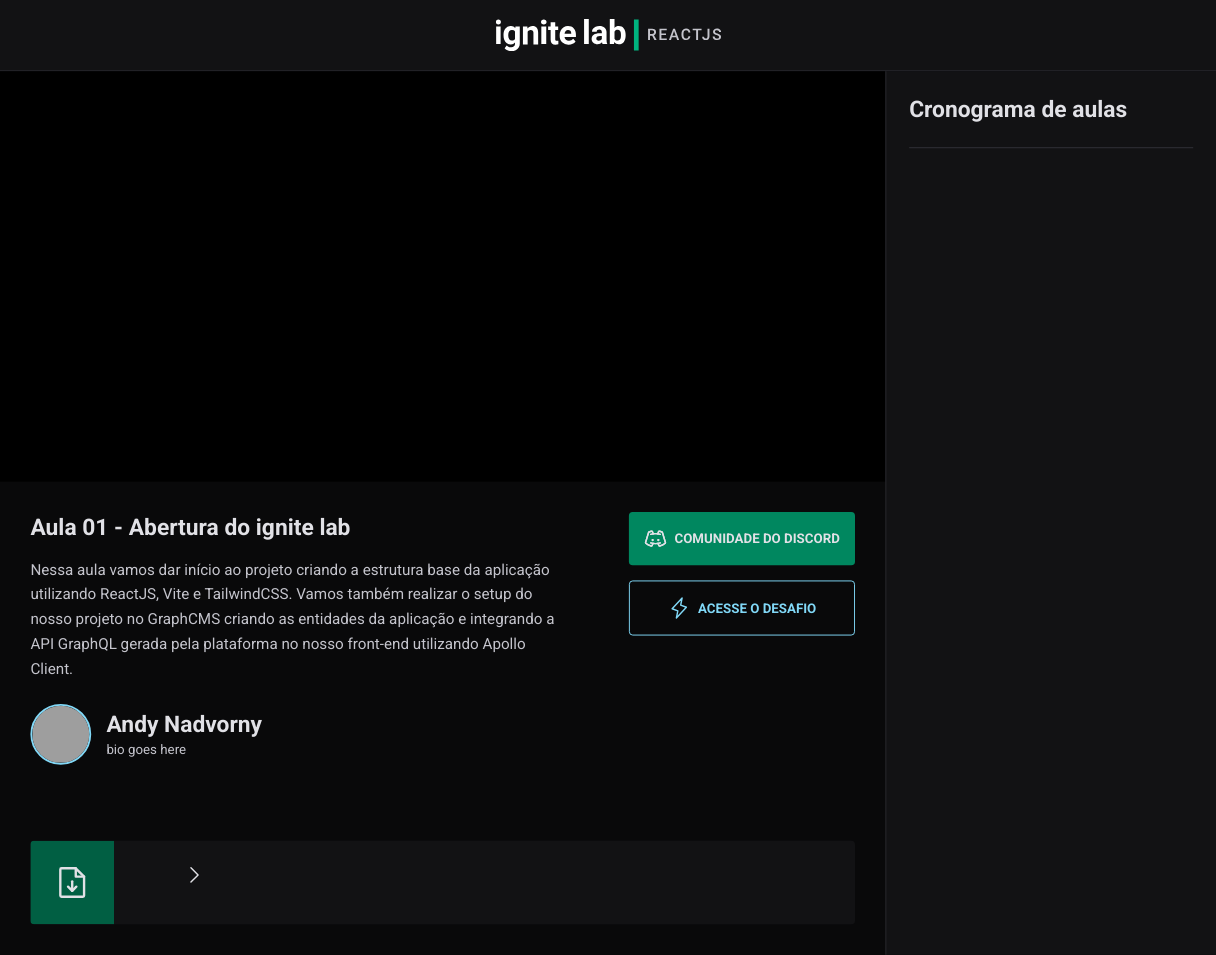
Repository: andynadvorny/event-platform
Page: /
These files come from the project's save history. The page is drawn as it stood at one moment and after the next save; the edit follows.
The browser window is 1280 px wide. The pictures show the whole page, at 95% of full size.
Pictures or frames that could not be fetched are drawn as grey boxes. The page's requests for data from a server got no answer. The project was rebuilt for these pictures with package versions that can differ from the ones it lists, and the page was loaded fresh each time. No one was signed in, and anything a server would have sent is missing. Also part of the build but not shown: vite.config.ts, src/components/Lesson.tsx.

Above is the page before, as saved 2022-06-24 14:28:05.

After the next save:
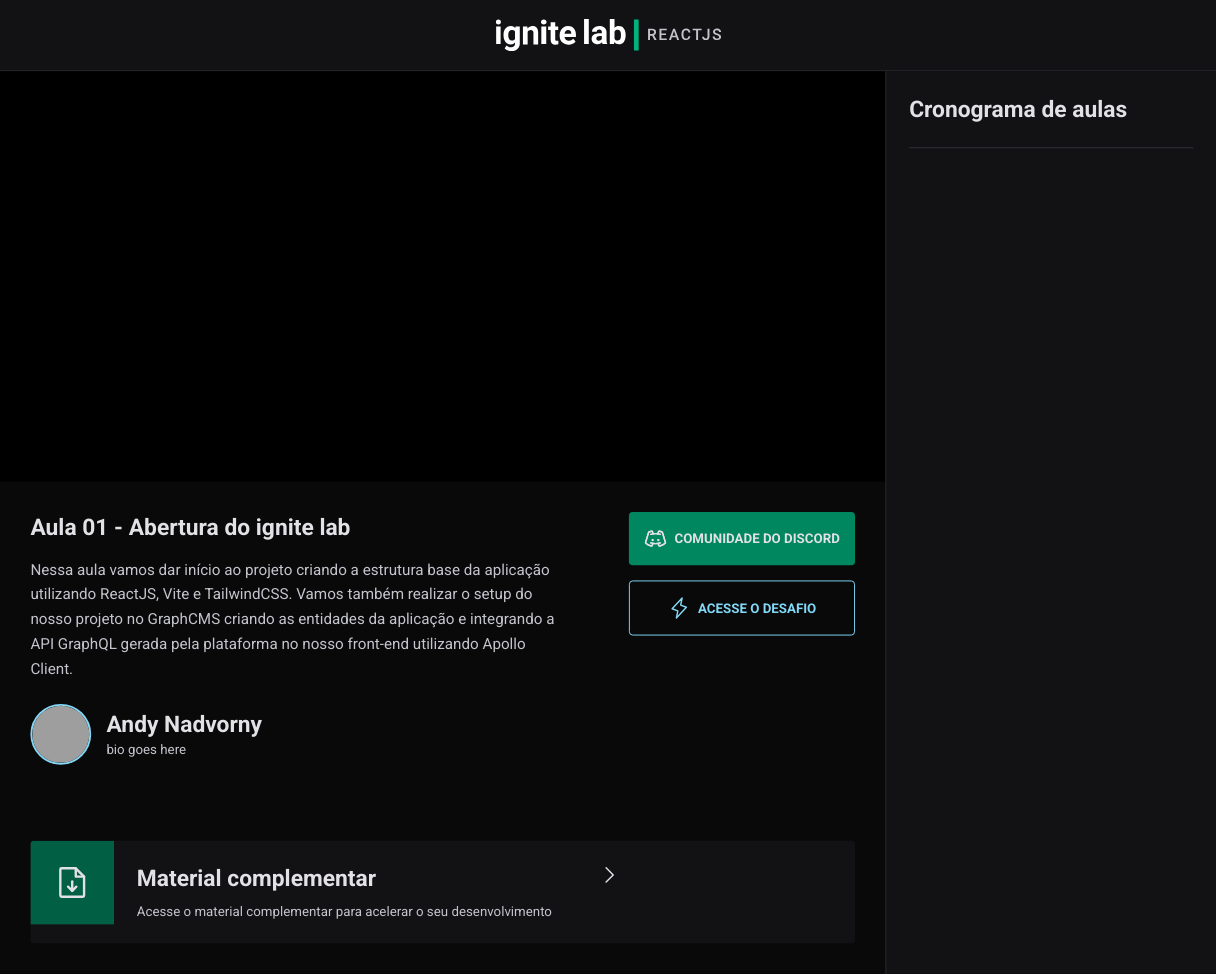
Saved 112 s later.
--- a/src/components/Video.tsx
+++ b/src/components/Video.tsx
@@ -52,7 +52,12 @@
               <FileArrowDown size={40} />
             </div>
             <div className="py-6 leading-relaxed">
-
+              <strong className="text-2xl">
+                Material complementar
+              </strong>
+              <p className="text-sm text-gray-200 mt-2">
+                Acesse o material complementar para acelerar o seu desenvolvimento
+              </p>
             </div>
             <div className="h-full p-6 flex items-center">
               <CaretRight size={24} />
